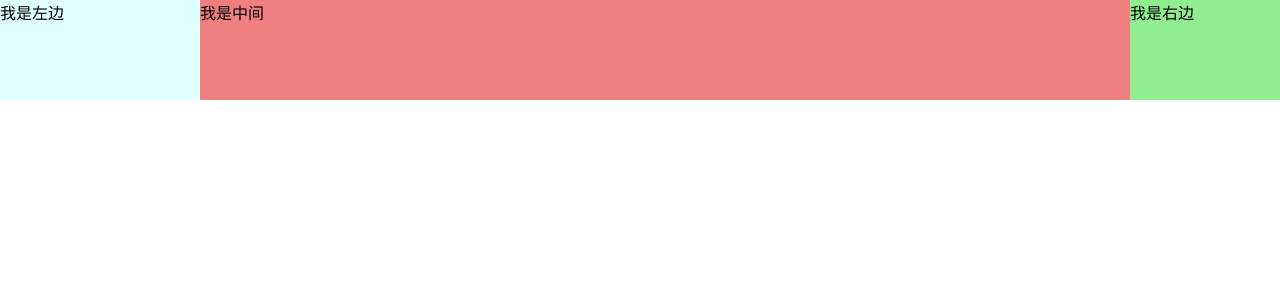
Repository: ljwrookie/Front-end-interview-handwritten-code
Page: css布局/圣杯布局.html
An editor plug-in stored every save of this project. The page is shown before and after the next save, followed by the edit.
The browser window is 1280 px wide. The pictures show the whole page.

Above is the page before, as saved 2022-04-07 15:47:01.

After the next save:
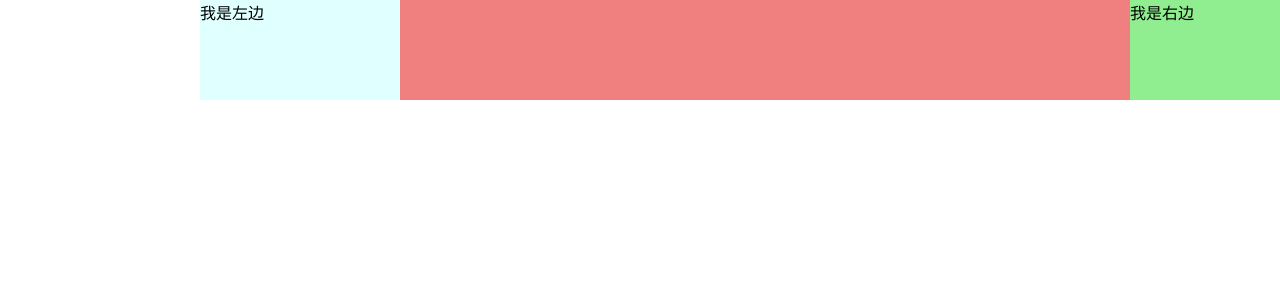
Saved 29 s later.
--- a/css布局/圣杯布局.html
+++ b/css布局/圣杯布局.html
@@ -14,7 +14,6 @@
 			#container {
 				padding-left: 200px;
 				padding-right: 150px;
-				/* overflow: auto; */
 			}
 			#container p {
 				float: left;
@@ -26,8 +25,8 @@
 			}
 			.left {
 				width: 200px;
-				position: relative;
-				left: -200px;
+				/* position: relative; */
+				left: 0px;
 				margin-left: -100%;
 				background-color: lightcyan;
 			}

After the 2 saves that followed:
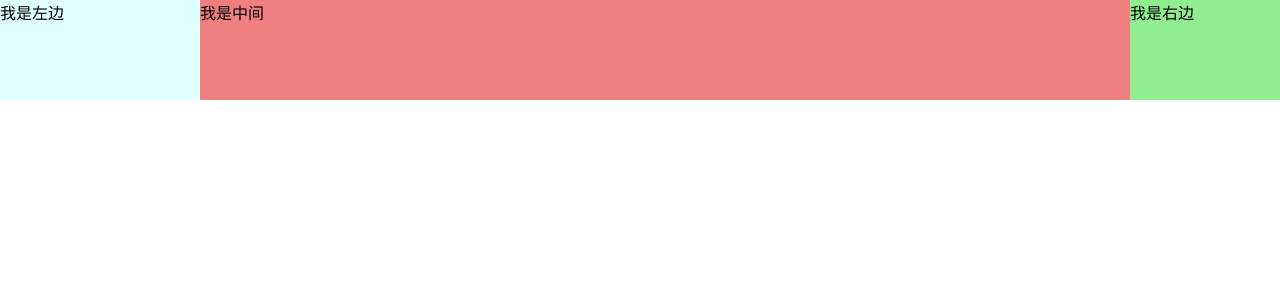
The 2 saves are shown as one change because 1 left the picture as it was.
The last was saved 22 s later.
--- a/css布局/圣杯布局.html
+++ b/css布局/圣杯布局.html
@@ -25,8 +25,8 @@
 			}
 			.left {
 				width: 200px;
-				/* position: relative; */
-				left: 0px;
+				position: relative;
+				left: -200px;
 				margin-left: -100%;
 				background-color: lightcyan;
 			}
